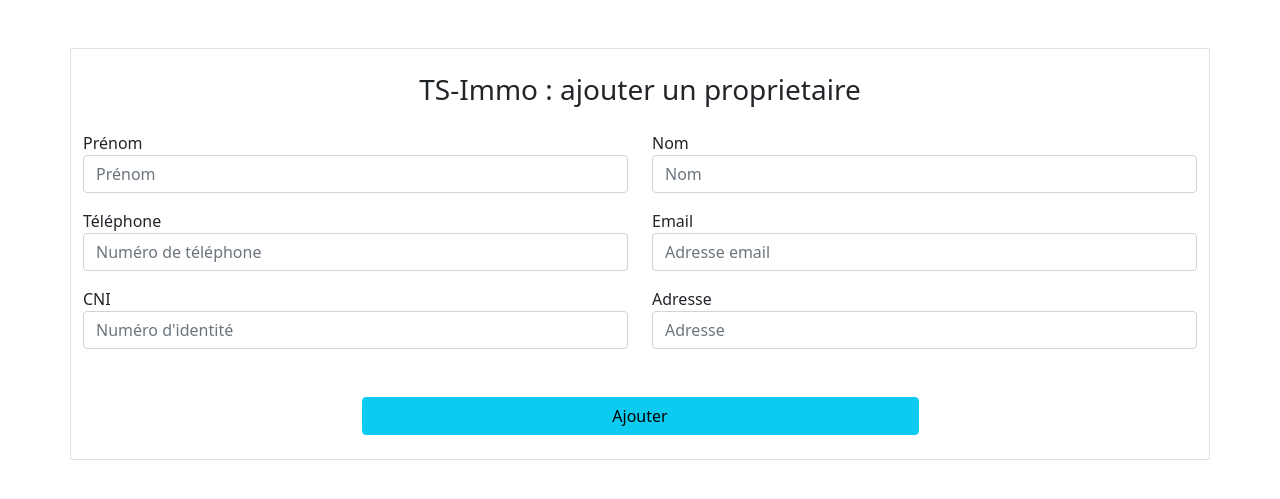
Repository: saliou-t/TS-IMMO
Page: http://localhost/src/views/proprietaire/new.html.php
An editor plug-in stored every save of this project. The page is shown before and after the next save, followed by the edit.
The browser window is 1280 px wide. The pictures show the whole page.
The page is run by PHP 8.4 with error messages shown; the project is at /var/www/html/.

Above is the page before, as saved 2022-04-03 15:01:34.

### src/views/proprietaire/new.html.php
<!DOCTYPE html>
<html lang="en">
<head>
    <meta charset="UTF-8">
    <meta http-equiv="X-UA-Compatible" content="IE=edge">
    <meta name="viewport" content="width=device-width, initial-scale=1.0">
    <link href="https://cdn.jsdelivr.net/npm/bootstrap@5.1.3/dist/css/bootstrap.min.css" rel="stylesheet" integrity="sha384-1BmE4kWBq78iYhFldvKuhfTAU6auU8tT94WrHftjDbrCEXSU1oBoqyl2QvZ6jIW3" crossorigin="anonymous">
    <title>Ajouter Proprietaire</title>

</head>
<body>

<div class="container jumbotron py-4">
    <div class="row border py-4 my-4">
        <h3 class="text-center">TS-Immo : ajouter un proprietaire</h3>
        <form action="" methode="POST">
            <div class="row my-3">
                <div class="col">
                    <label for="Prénom">Prénom</label>
                    <input class="form-control" name ="prenom" type="text" placeholder="Prénom">
                </div>
                <div class="col">
                    <label for="nom">Nom</label>
                    <input class="form-control" name="nom" type="text" placeholder="Nom">
                </div>
            </div>
            <div class="row my-3">
                <div class="col">
                    <label for="telephone">Téléphone</label>
                    <input class="form-control" name="telephone" type="text" placeholder="Numéro de téléphone">
                </div>
                <div class="col">
                    <label for="email">Email</label>
                    <input class="form-control" name="email" type="text" placeholder="Adresse email">
                </div>
            </div>
            <div class="row">
                <div class="col">
                    <label for="cni">CNI</label>
                    <input class="form-control" name="CNI" type="text" placeholder="Numéro d'identité">
                </div>
                <div class="col">
                    <label for="adresse">Adresse</label>
                    <input class="form-control" name="adresse" type="text" placeholder="Adresse">
                </div>
            </div>
            <div class="row mt-5 justify-content-around">
                <div class="col text-center  ">
                    <a class="btn btn-info mx-auto w-50" href="">Ajouter</a>
                </div>
            </div>
        </form>
    </div>
</div>
</body>
</html>

After the next save:
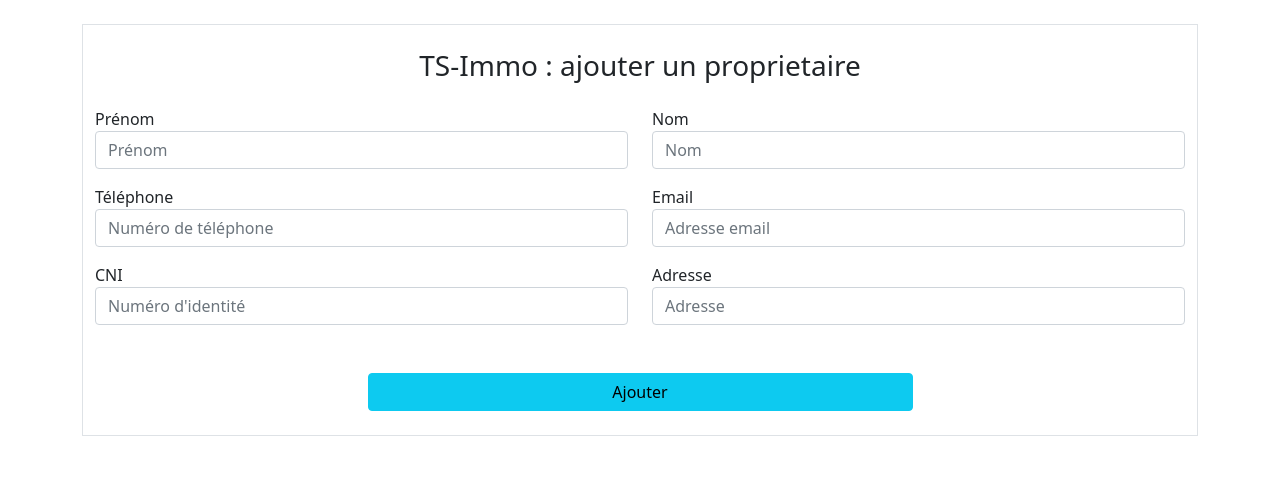
Saved 9 s later.
--- a/src/views/proprietaire/new.html.php
+++ b/src/views/proprietaire/new.html.php
@@ -10,7 +10,7 @@
 </head>
 <body>
 
-<div class="container jumbotron py-4">
+<div class="container jumbotron px-4">
     <div class="row border py-4 my-4">
         <h3 class="text-center">TS-Immo : ajouter un proprietaire</h3>
         <form action="" methode="POST">
